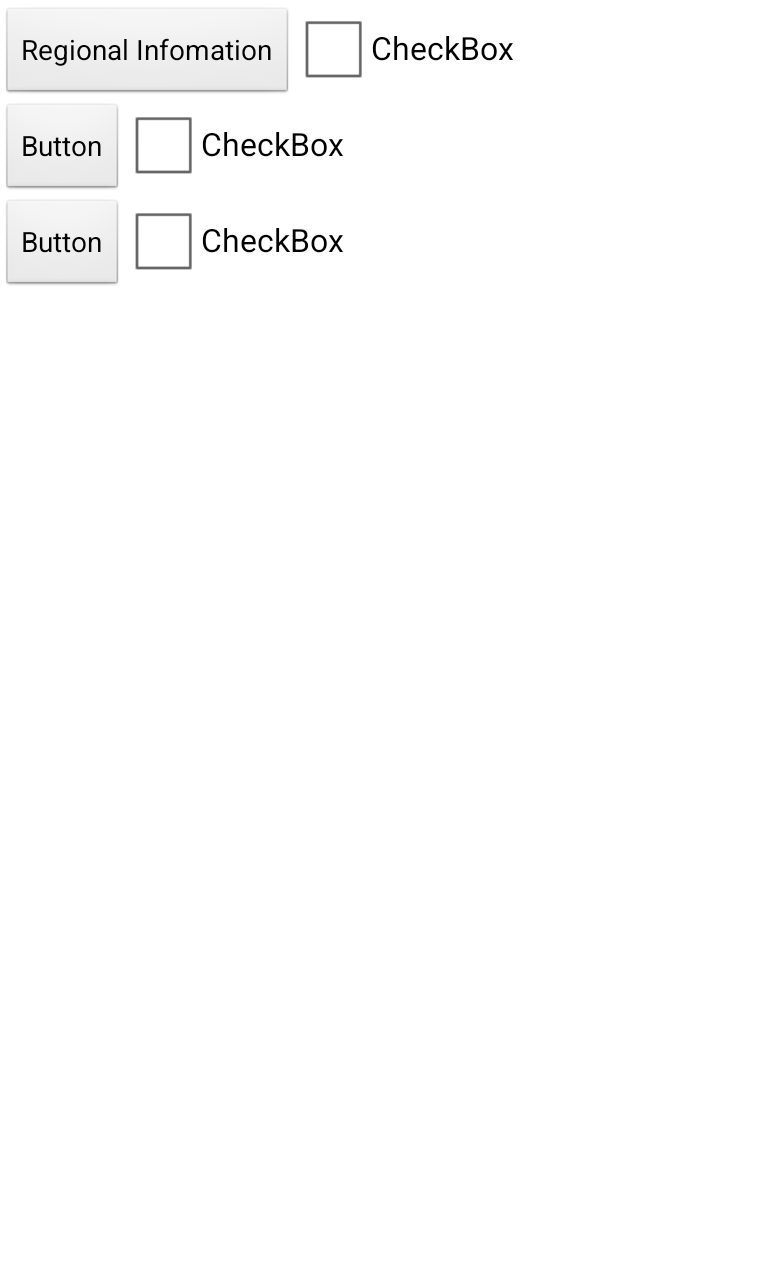
Repository: INBASD/Solar-Power-Project
Layout: Solar power calculator android/res/layout/menu.xml
These files come from the project's save history. The layout is drawn as it stood at one moment and after the next save; the edit follows.
It is drawn on a 768 x 1280 px phone screen (xhdpi) without system bars, with theme AppTheme; the app's code is not run.

Above is the layout before, as saved 2012-09-08 04:28:19.

### Solar power calculator android/res/layout/menu.xml
<?xml version="1.0" encoding="utf-8"?>
<LinearLayout xmlns:android="http://schemas.android.com/apk/res/android"
    android:layout_width="match_parent"
    android:layout_height="match_parent"
    android:orientation="vertical" >

    <LinearLayout
        android:layout_width="match_parent"
        android:layout_height="wrap_content" >

        <Button
            android:id="@+id/button1"
            android:layout_width="wrap_content"
            android:layout_height="wrap_content"
            android:text="@string/areaInfo" />

        <CheckBox
            android:id="@+id/checkBox1"
            android:layout_width="wrap_content"
            android:layout_height="wrap_content"
            android:text="CheckBox" />

    </LinearLayout>

    <LinearLayout
        android:layout_width="match_parent"
        android:layout_height="wrap_content">

        <Button
            android:id="@+id/button2"
            android:layout_width="wrap_content"
            android:layout_height="wrap_content"
            android:text="Button" />

        <CheckBox
            android:id="@+id/checkBox1"
            android:layout_width="wrap_content"
            android:layout_height="wrap_content"
            android:text="CheckBox" />

    </LinearLayout>

     <LinearLayout
        android:layout_width="match_parent"
        android:layout_height="wrap_content">

        <Button
            android:id="@+id/button2"
            android:layout_width="wrap_content"
            android:layout_height="wrap_content"
            android:text="Button" />

        <CheckBox
            android:id="@+id/checkBox1"
            android:layout_width="wrap_content"
            android:layout_height="wrap_content"
            android:text="CheckBox" />

    </LinearLayout>

</LinearLayout>

### Solar power calculator android/res/values/strings.xml
<resources>

    <string name="app_name">Solar Power calculator</string>
    <string name="hello_world">Hello world!</string>
    <string name="menu_settings">Settings</string>
    <string name="title_activity_main">Solar Calculator</string>
    <string name="enterLat">Enter Your Latitude</string>
    <string name="terrif">Enter Terrif</string>
    <string name="bcalc">Calculate!</string>
    <string name="title_activity_displayresults">DisplayResults</string>
    <string name="cloudcvr">Averate Cloud Cover Percentage</string>
    <string name="done">Done</string>
    <string name="areaInfo">Regional Infomation</string>

</resources>

Loaded but not shown: Solar power calculator android/res/values/styles.xml (common file)

After the next save:
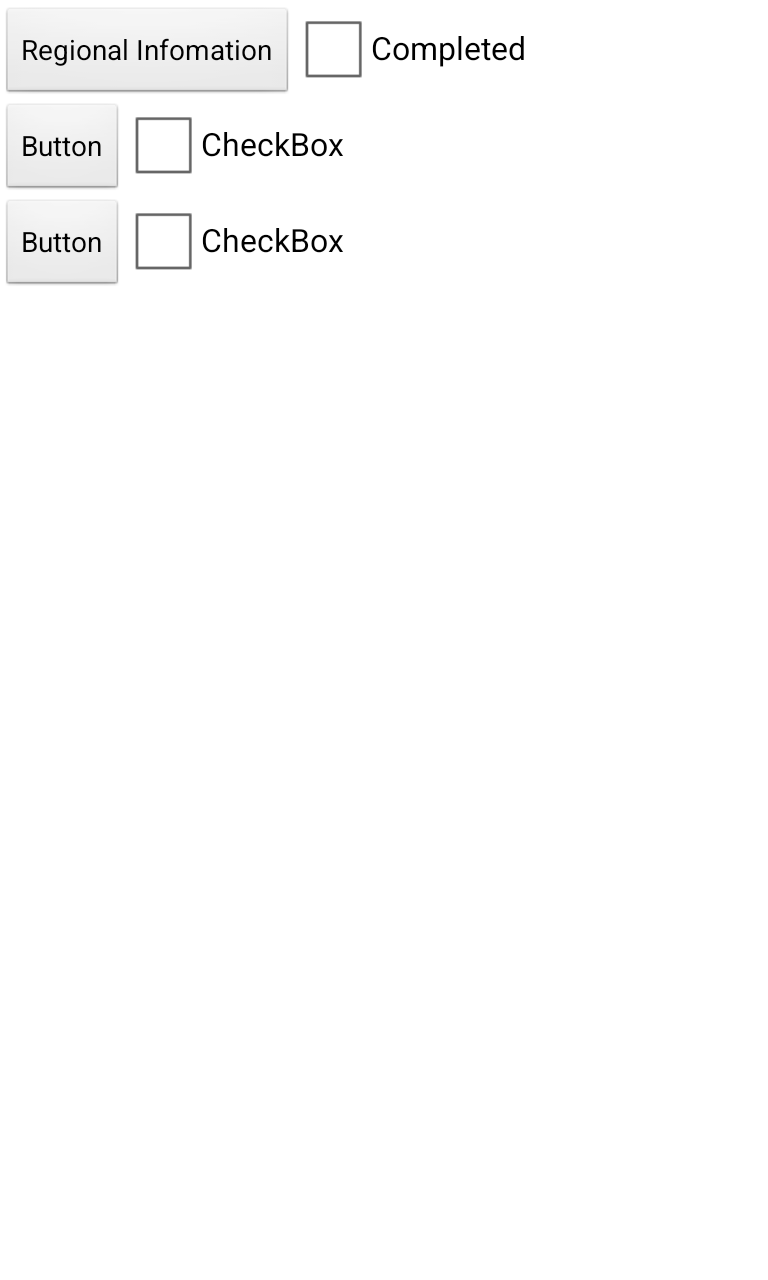
Saved 40 s later.
--- a/Solar power calculator android/res/layout/menu.xml
+++ b/Solar power calculator android/res/layout/menu.xml
@@ -15,10 +15,10 @@
             android:text="@string/areaInfo" />
 
         <CheckBox
-            android:id="@+id/checkBox1"
+            android:id="@+id/regionDone"
             android:layout_width="wrap_content"
             android:layout_height="wrap_content"
-            android:text="CheckBox" />
+            android:text="Completed" />
 
     </LinearLayout>
 
